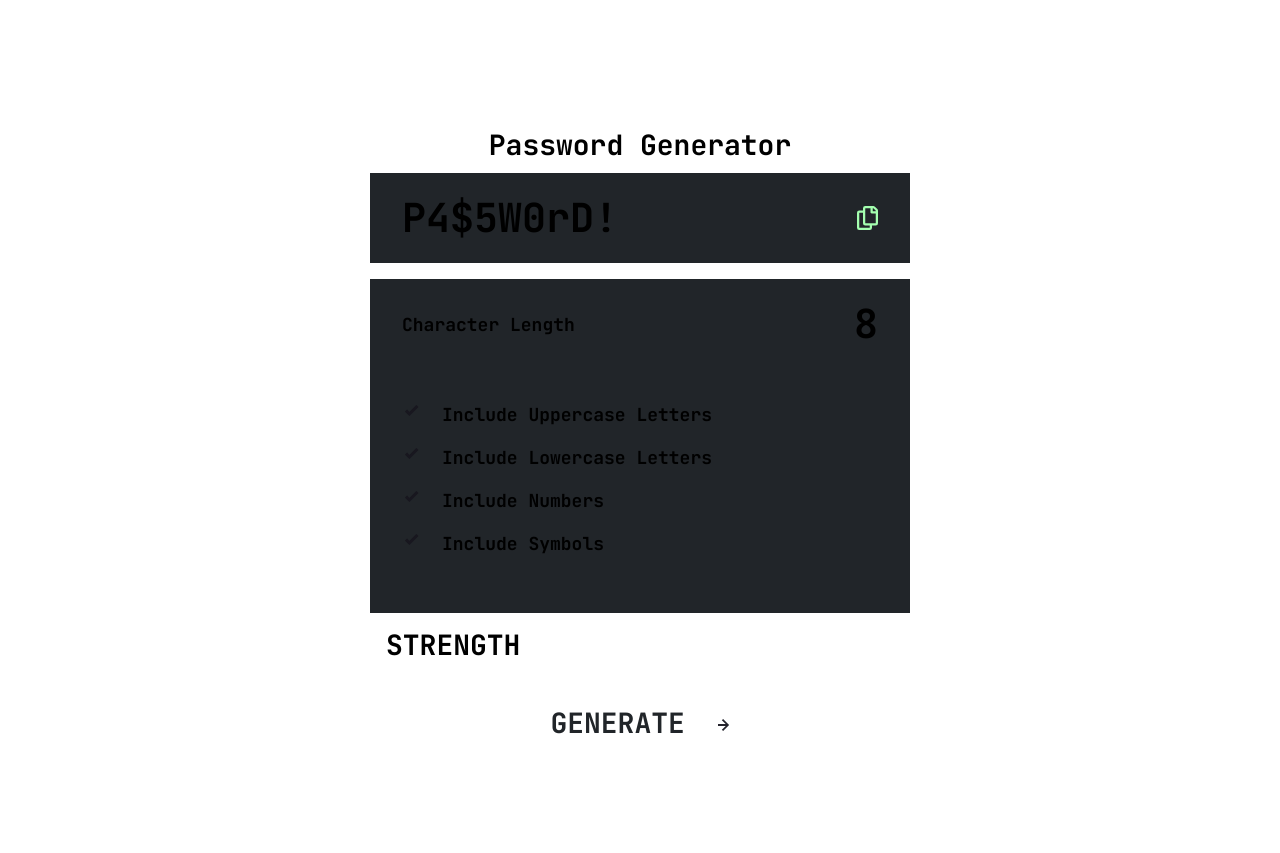
Repository: blordeus/password-generator-app
Page: starter-code/index.html
These files come from the project's save history. The page is drawn as it stood at one moment and after a run of saves; the edit follows.
The browser window is 1280 px wide. The pictures show the whole page.

Above is the page before, as saved 2023-10-05 20:41:27.

### starter-code/index.html
<!DOCTYPE html>
<html lang="en">
<head>
  <meta charset="UTF-8">
  <meta name="viewport" content="width=device-width, initial-scale=1.0">
  <link href="https://cdn.jsdelivr.net/npm/bootstrap@5.3.2/dist/css/bootstrap.min.css" rel="stylesheet" integrity="sha384-T3c6CoIi6uLrA9TneNEoa7RxnatzjcDSCmG1MXxSR1GAsXEV/Dwwykc2MPK8M2HN" crossorigin="anonymous">
  <script src="https://cdn.jsdelivr.net/npm/bootstrap@5.3.2/dist/js/bootstrap.bundle.min.js" integrity="sha384-C6RzsynM9kWDrMNeT87bh95OGNyZPhcTNXj1NW7RuBCsyN/o0jlpcV8Qyq46cDfL" crossorigin="anonymous" defer></script>
  <script src="index.js" defer></script>
  <link rel="icon" type="image/png" sizes="32x32" href="./assets/images/favicon-32x32.png">
  <link rel="stylesheet" href="./assets/style.css">
  <link href="https://fonts.googleapis.com/css2?family=JetBrains+Mono:wght@700&display=swap" rel="stylesheet">
  <title>Frontend Mentor | Password generator app</title>
</head>
<body>
<main class="main">

    <h1 class="fs-3 title text-grey">Password Generator</h1>

    <div class="field bg-dark fs-1 flex">
      <p id="fieldText" class="fieldText text-grey">P4$5W0rD!</p>
      <div class="copy flex">
        <p id="copyMsg" class="fs-3 uppercase text-green">copied</p>
        <img id="copyIcon" class="copyIcon" src="./assets/images/icon-copy.svg" alt="">
      </div>
    </div>

    <div class="options bg-dark">
      <label for="slider" class="sliderLabel flex">Character Length <span class="sliderValue fs-1 text-green" id="sliderValue"></span></label>
      <input type="range" class="slider" name="slider" id="slider" min="5" max="15" value="8">
      <div class="checkboxes flex">
        <label for="inclUppercase" class="checkboxLabel" id="inclUppercase">
          <input type="checkbox" name="inclUppercase" id="inclUppercase">
          Include Uppercase Letters
          <span class="checkmark"><img src="./assets/images/icon-check.svg" alt="checked-icon"></span>
        </label>
        <label for="" class="checkboxLabel">
          <input type="checkbox" name="inclLowercase" id="inclLowercase">
          Include Lowercase Letters
          <span class="checkmark"><img src="./assets/images/icon-check.svg" alt="checked-icon"></span>
        </label>
        <label for="" class="checkboxLabel">
          <input type="checkbox" name="inclNumbers" id="inclNumbers">
          Include Numbers
          <span class="checkmark"><img src="./assets/images/icon-check.svg" alt="checked-icon"></span>
        </label>
        <label for="" class="checkboxLabel">
          <input type="checkbox" name="inclSymbols" id="inclSymbols">
          Include Symbols
          <span class="checkmark"><img src="./assets/images/icon-check.svg" alt="checked-icon"></span>
        </label>

      </div>

    </div>
    <div class="strength flex">
      <h2 class="fs-3 text-grey uppercase">Strength</h2>
      <div class="strengthLvl flex">
        <p class="fs-2 text-white uppercase" id="levelTxt">weak</p>
        <div id="bar1" class="bars bar1"></div>
        <div id="bar2" class="bars bar2"></div>
        <div id="bar3" class="bars bar3"></div>
        <div id="bar4" class="bars bar4"></div>
      </div>
    </div>

    <div class="flex">
      <button id="generateBtn" class="uppercase fs-3 bg-green text-dark button">Generate <svg width="12" height="12" xmlns="http://www.w3.org/2000/svg"><path fill="#24232C" d="m5.106 12 6-6-6-6-1.265 1.265 3.841 3.84H.001v1.79h7.681l-3.841 3.84z"/></svg></button>
    </div>

    <p id="alert" class="fs-3 alert">Please select one or more options</p>
</main>

</body>
</html>

### starter-code/assets/style.css
/* ------------------- */
/* Custom properties   */
/* ------------------- */

:root {
    /* colors */
    --clr-darkGrey: hsl(248 10% 15%);
    --clr-grey: hsl(251 9% 53%);
    --clr-almostWhite: hsl(252 11% 91%);
    --clr-veryDarkGrey: hsl(248 15% 11%);
    --clr-neonGreen: hsl(127 100% 82%);
    --clr-red: hsl(0 91% 63%);
    --clr-orange: hsl(13 95% 66%);
    --clr-yellow: hsl(42 91% 68%);

    /* font-sizes */
    --fs-1: 1.5rem;
    --fs-2: 1.125rem;
    --fs-3: 1rem;
  }

  @media (min-width: 35em) {
    :root {
      --fs-1: 2rem;
      --fs-2: 1.5rem;
      --fs-3: 1.125rem;
    }
  }

  /* ------------------- */
  /* Reset               */
  /* ------------------- */

  /* https://piccalil.li/blog/a-modern-css-reset/ */

  /* Box sizing */
  *,
  *::before,
  *::after {
    box-sizing: border-box;
  }

  /* Reset margins */
  body,
  h1,
  h2,
  h3,
  h4,
  h5,
  p,
  figure,
  picture {
    margin: 0;
  }

  h1,
  h2,
  h3,
  h4,
  h5,
  h6,
  p {
    font-weight: 400;
  }

  /* set up the body */
  body {
    font-family: "JetBrains Mono", monospace;
    font-size: var(--fs-3);
    font-weight: 700;
    color: hsl(var(--clr-almostWhite));
    background-color: hsl(var(--clr-veryDarkGrey));
    min-height: 100vh;

    overflow-x: hidden;
  }

  /* make images easier to work with */
img,
picture {
  max-width: 100%;
  display: block;
}

/* make form elements easier to work with */
input,
button,
textarea,
select {
  font: inherit;
}

/* Utility classes     */
/* ------------------- */

/* general */

.flex {
    display: flex;
  }

  .grid {
    display: grid;
  }

  .d-block {
    display: block;
  }

  .flow > *:where(:not(:first-child)) {
    margin-top: var(--flow-space, 1rem);
  }

  .sr-only {
    position: absolute;
    width: 1px;
    height: 1px;
    padding: 0;
    margin: -1px;
    overflow: hidden;
    clip: rect(0, 0, 0, 0);
    white-space: nowrap; /* added line */
    border: 0;
  }


/* colors */

.bg-veryDark {
    background-color: hsl(var(--clr-veryDarkGrey));
  }
  .bg-dark {
    background-color: hsl(var(--clr-darkGrey));
  }
  .bg-white {
    background-color: hsl(var(--clr-almostWhite));
  }
  .bg-green {
    background-color: hsl(var(--clr-neonGreen));
  }
  .bg-yellow {
    background-color: hsl(var(--clr-yellow));
  }
  .bg-orange {
    background-color: hsl(var(--clr-orange));
  }
  .bg-red {
    background-color: hsl(var(--clr-red));
  }

  .text-grey {
    color: hsl(var(--clr-grey));
  }
  .text-white {
    color: hsl(var(--clr-almostWhite));
  }
  .text-dark {
    color: hsl(var(--clr-darkGrey));
  }
  .text-green {
    color: hsl(var(--clr-neonGreen));
  }
  .text-red {
    color: hsl(var(--clr-red));
  }

/* typography */

.uppercase {
    text-transform: uppercase;
  }

  .fs-1 {
    font-size: var(--fs-1);
    line-height: 2rem;
  }

  .fs-2 {
    font-size: var(--fs-2);
    line-height: 1.485rem;
  }

  .fs-3 {
    font-size: var(--fs-3);
    line-height: 1.32rem;
  }

  @media (min-width: 35em) {
    .fs-1 {
      line-height: 2.64rem;
    }

    .fs-2 {
      line-height: 1.98rem;
    }

    .fs-3 {
      line-height: 1.485rem;
    }
  }

  /*     Layout     */
/* -------------- */

.main {
    margin-top: 4rem;
    margin-inline: 1rem;
  }

  @media (min-width: 35em) {
    .main {
      max-width: 33.75rem;
      margin-top: 8.3125rem;
      margin-inline: auto;
    }
  }

  .title {
    text-align: center;
    margin-block: 0;
    margin-bottom: 1rem;
  }

  .field {
    padding: 1rem;
    justify-content: space-between;
    align-items: center;
    margin-bottom: 1rem;
  }

  @media (min-width: 35em) {
    .field {
      padding: 1.5rem 2rem;
    }
  }

  .copy {
    gap: 1rem;
    align-items: center;
  }

  #copyMsg {
    display: none;
  }

  .copyIcon:hover {
    cursor: pointer;
  }

  .copyIcon:hover .copyIconPath {
    fill: white;
  }

  .options {
    padding: 1rem;
  }

  @media (min-width: 35em) {
    .options {
      padding: 1.5rem 2rem;
    }
  }

  .sliderLabel {
    justify-content: space-between;
    align-items: center;
  }

  .slider {
    width: 100%;
    margin-top: 1rem;
    margin-bottom: 2rem;
  }

  input[type="range"] {
    -webkit-appearance: none;
    background: hsl(var(--clr-veryDarkGrey));
    accent-color: white;
    cursor: pointer;
    height: 8px;
    background-image: linear-gradient(
      hsl(var(--clr-neonGreen)),
      hsl(var(--clr-neonGreen))
    );
    background-size: 30% 100%;
    background-repeat: no-repeat;
  }

  input[type="range"]::-webkit-slider-thumb {
    height: 28px;
    width: 28px;
    background: hsl(var(--clr-almostWhite));
    -webkit-appearance: none;
    border-radius: 14px;
  }

  input[type="range"]:hover::-webkit-slider-thumb {
    background: hsl(var(--clr-veryDarkGrey));
    border: 2px solid hsl(var(--clr-neonGreen));
    -webkit-appearance: none;
  }

  .checkboxes {
    flex-direction: column;
    gap: 1rem;
    margin-bottom: 2rem;
  }

  /* Customize the label (the container) */
  .checkboxLabel {
    display: block;
    position: relative;
    padding-left: 2.5rem;
    cursor: pointer;
    -webkit-user-select: none;
    -moz-user-select: none;
    -ms-user-select: none;
    user-select: none;
  }

  /* Hide the browser's default checkbox */
  .checkboxLabel input {
    position: absolute;
    opacity: 0;
    cursor: pointer;
    height: 0;
    width: 0;
  }

  /* Create a custom checkbox */
  .checkmark {
    position: absolute;
    top: 0;
    left: 0;
    height: 20px;
    width: 20px;
    background-color: hsl(var(--clr-darkGrey));
    border: 2px solid hsl(var(--clr-almostWhite));
    display: flex;
    justify-content: center;
    align-items: center;
  }

  /* On mouse-over, add a background color */
  .checkboxLabel:hover input ~ .checkmark {
    border-color: hsl(var(--clr-neonGreen));
  }

  /* When the checkbox is checked, add a background */
  .checkboxLabel input:checked ~ .checkmark {
    background-color: hsl(var(--clr-neonGreen));
    border-color: hsl(var(--clr-neonGreen));
  }

  /* Create the checkmark/indicator (hidden when not checked) */
  .checkmark:after {
    content: "";
    position: absolute;
    display: none;
  }

  /* Show the checkmark when checked */
  .checkboxLabel input:checked ~ .checkmark:after {
    display: block;
  }

  .strength {
    background-color: hsl(var(--clr-veryDarkGrey));
    padding: 1rem;
    justify-content: space-between;
    align-items: center;
    margin-bottom: 1rem;
  }

  .strengthLvl {
    align-items: center;
  }

  .strengthLvl p {
    margin-right: 0.5rem;
  }

  .bars {
    width: 10px;
    height: 28px;
    border: 2px solid hsl(var(--clr-almostWhite));
    margin-left: 0.5rem;
  }

  .button {
    width: 100%;
    padding-top: 1.125rem;
    padding-bottom: 1.125rem;
    border: 2px solid hsl(var(--clr-neonGreen));
  }

  .button:hover {
    background-color: hsl(var(--clr-darkGrey));
    color: hsl(var(--clr-neonGreen));
    cursor: pointer;
  }

  .button svg {
    margin-left: 1rem;
  }

  .button:hover path {
    fill: hsl(var(--clr-neonGreen));
  }

  .alert {
    display: none;
    text-align: center;
    color: hsl(var(--clr-red));
  }

  /*  Level Classes */

  .tooWeak {
    background-color: hsl(var(--clr-red));
    border: 2px solid hsl(var(--clr-red));
  }

  .weak {
    background-color: hsl(var(--clr-orange));
    border: 2px solid hsl(var(--clr-orange));
  }

  .medium {
    background-color: hsl(var(--clr-yellow));
    border: 2px solid hsl(var(--clr-yellow));
  }

  .strong {
    background-color: hsl(var(--clr-neonGreen));
    border: 2px solid hsl(var(--clr-neonGreen));
  }

### starter-code/index.js
const sliderValue = document.getElementById("sliderValue");
const slider = document.getElementById("slider");
const rangeInputs = document.querySelectorAll('input[type="range"]');
const bar1 = document.getElementById("bar1");
const bar2 = document.getElementById("bar2");
const bar3 = document.getElementById("bar3");
const bar4 = document.getElementById("bar4");

/* slider */
sliderValue.innerHTML = slider.value;
bar1.classList.add("weak");
bar2.classList.add("weak");

slider.oninput = function () {
  sliderValue.innerHTML = this.value;

  /* Strength */

  const levelTxt = document.getElementById("levelTxt");

  if (slider.value < 7) {
    levelTxt.innerHTML = "too weak!";
    bar1.classList.remove("tooWeak", "weak", "medium", "strong");
    bar2.classList.remove("tooWeak", "weak", "medium", "strong");
    bar3.classList.remove("tooWeak", "weak", "medium", "strong");
    bar4.classList.remove("tooWeak", "weak", "medium", "strong");
    bar1.classList.remove("weak");
    bar1.classList.add("tooWeak");
  }

  if (slider.value < 9 && slider.value >= 7) {
    levelTxt.innerHTML = "weak";
    bar1.classList.remove("tooWeak", "weak", "medium", "strong");
    bar2.classList.remove("tooWeak", "weak", "medium", "strong");
    bar3.classList.remove("tooWeak", "weak", "medium", "strong");
    bar4.classList.remove("tooWeak", "weak", "medium", "strong");
    bar1.classList.add("weak");
    bar2.classList.add("weak");
  }

  if (slider.value < 11 && slider.value >= 9) {
    levelTxt.innerHTML = "medium";
    bar1.classList.remove("tooWeak", "weak", "medium", "strong");
    bar2.classList.remove("tooWeak", "weak", "medium", "strong");
    bar3.classList.remove("tooWeak", "weak", "medium", "strong");
    bar4.classList.remove("tooWeak", "weak", "medium", "strong");
    bar1.classList.add("medium");
    bar2.classList.add("medium");
    bar3.classList.add("medium");
  }

  if (slider.value >= 11) {
    levelTxt.innerHTML = "strong";
    bar1.classList.remove("tooWeak", "weak", "medium", "strong");
    bar2.classList.remove("tooWeak", "weak", "medium", "strong");
    bar3.classList.remove("tooWeak", "weak", "medium", "strong");
    bar4.classList.remove("tooWeak", "weak", "medium", "strong");
    bar1.classList.add("strong");
    bar2.classList.add("strong");
    bar3.classList.add("strong");
    bar4.classList.add("strong");
  }
};

function handleInputChange(e) {
  let target = e.target;

  const min = target.min;
  const max = target.max;
  const val = target.value;

  target.style.backgroundSize = ((val - min) * 100) / (max - min) + "% 100%";
}

rangeInputs.forEach((input) => {
  input.addEventListener("input", handleInputChange);
});

/*    Copy to clipboard */
const copyIcon = document.getElementById("copyIcon");
const copyMsg = document.getElementById("copyMsg");

copyIcon.addEventListener("click", copyField);

function copyField() {
  /* Get the text field */
  var copyText = document.getElementById("fieldText").innerHTML;

  /* Copy the text inside the text field */
  navigator.clipboard.writeText(copyText);

  copyMsg.style.display = "initial";
}

/* Generate Password */

const generateBtn = document.getElementById("generateBtn");
generateBtn.addEventListener("click", generate);
const fieldText = document.getElementById("fieldText");

function generate(length) {
  const uppercase = document.getElementById("inclUppercase");
  const lowercase = document.getElementById("inclLowercase");
  const numbers = document.getElementById("inclNumber");
  const symbols = document.getElementById("inclSymbol");
  const alert = document.getElementById("alert");

  if (
    uppercase.checked === false &&
    lowercase.checked === false &&
    numbers.checked === false &&
    symbols.checked === false
  ) {
    alert.style.display = "block";
  } else {
    const uppercaseChars = "ABCDEFGHIJKLMNOPQRSTUVWXYZ";
    const lowercaseChars = "abcdefghijklmnopqrstuvwxyz";
    const numbersChars = "0123456789";
    const symbolsChars = "@#&(§!-)^$*%+=/?";

    let chars = "";
    var length = slider.value;

    if (uppercase.checked === true) {
      chars += uppercaseChars;
    }
    if (lowercase.checked === true) {
      chars += lowercaseChars;
    }
    if (numbers.checked === true) {
      chars += numbersChars;
    }
    if (symbols.checked === true) {
      chars += symbolsChars;
    }

    let password = "";
    let passwordLength = length;
    const array = new Uint32Array(length); // Create 'unsigned' array
    window.crypto.getRandomValues(array);
    for (let i = 0; i < passwordLength; i++) {
      password += chars[array[i] % chars.length]; // % operator returns remainder of division
    }

    fieldText.innerHTML = password;
    fieldText.style.color = "hsl( var(--clr-almostWhite) )";
    copyMsg.style.display = "none";
    alert.style.display = "none";

    return password;
  }
}

After the next 2 saves:
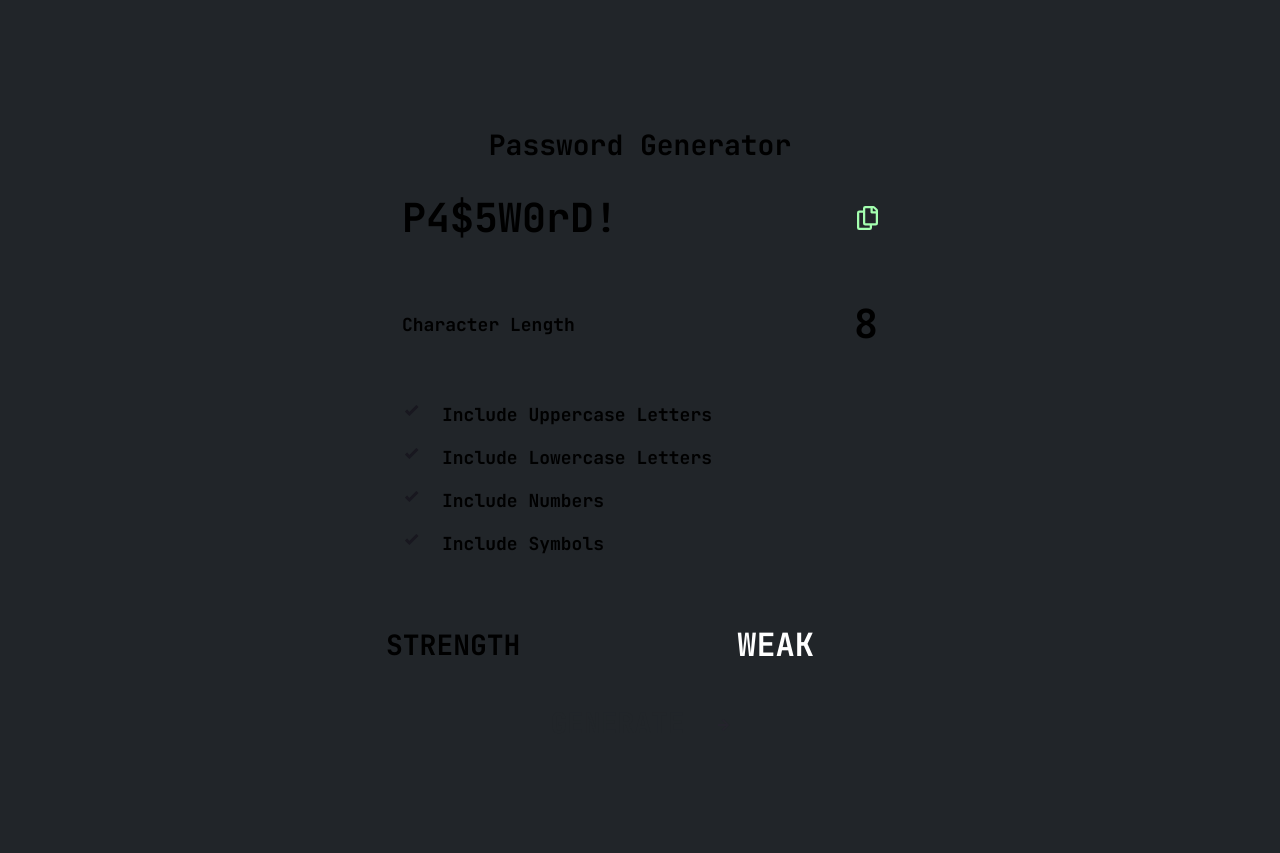
The 2 saves are shown as one change because they came seconds apart.
The last was saved 12 s later.
--- a/starter-code/index.html
+++ b/starter-code/index.html
@@ -11,7 +11,7 @@
   <link href="https://fonts.googleapis.com/css2?family=JetBrains+Mono:wght@700&display=swap" rel="stylesheet">
   <title>Frontend Mentor | Password generator app</title>
 </head>
-<body>
+<body class="bg-dark">
 <main class="main">
 
     <h1 class="fs-3 title text-grey">Password Generator</h1>

After the save that followed:
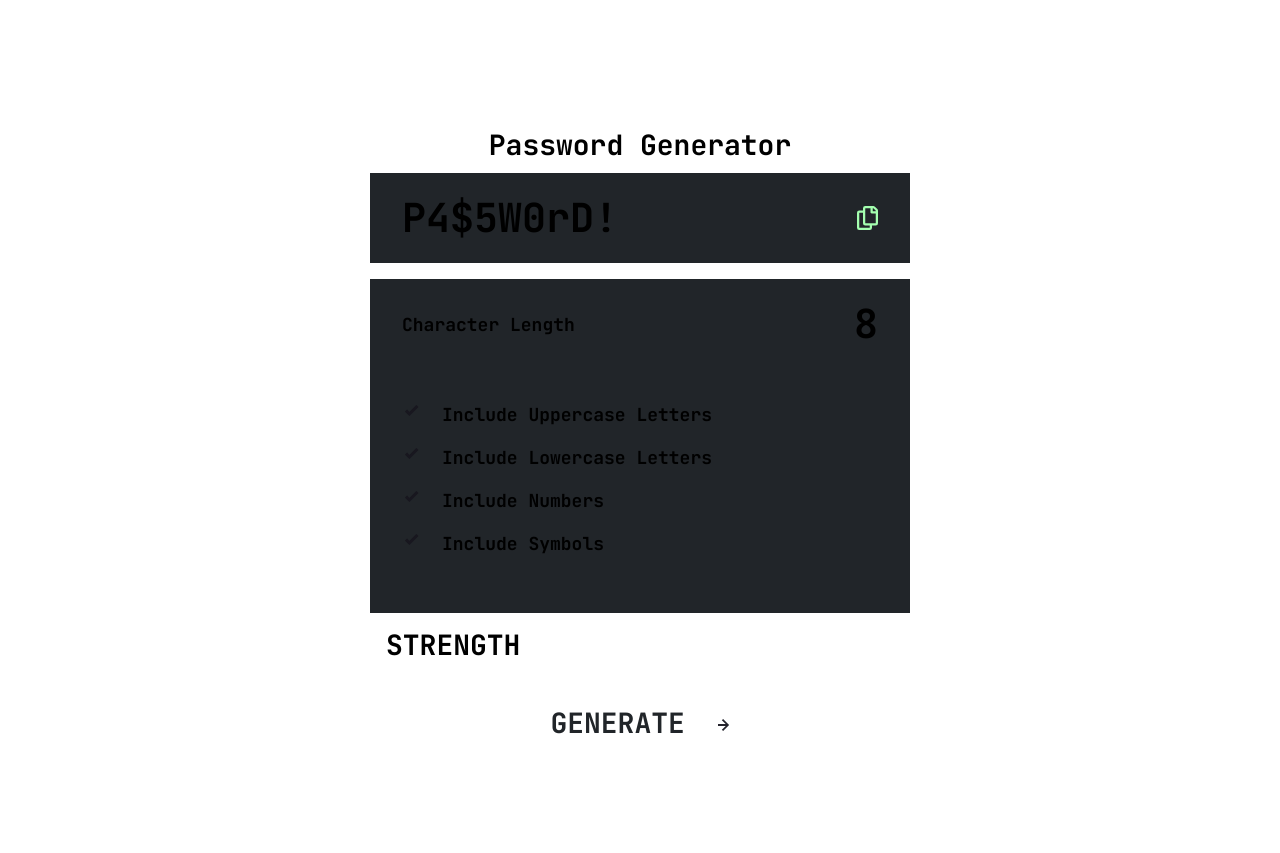
Saved 66 s later.
--- a/starter-code/index.html
+++ b/starter-code/index.html
@@ -11,7 +11,7 @@
   <link href="https://fonts.googleapis.com/css2?family=JetBrains+Mono:wght@700&display=swap" rel="stylesheet">
   <title>Frontend Mentor | Password generator app</title>
 </head>
-<body class="bg-dark">
+<body class="bg-dar">
 <main class="main">
 
     <h1 class="fs-3 title text-grey">Password Generator</h1>
